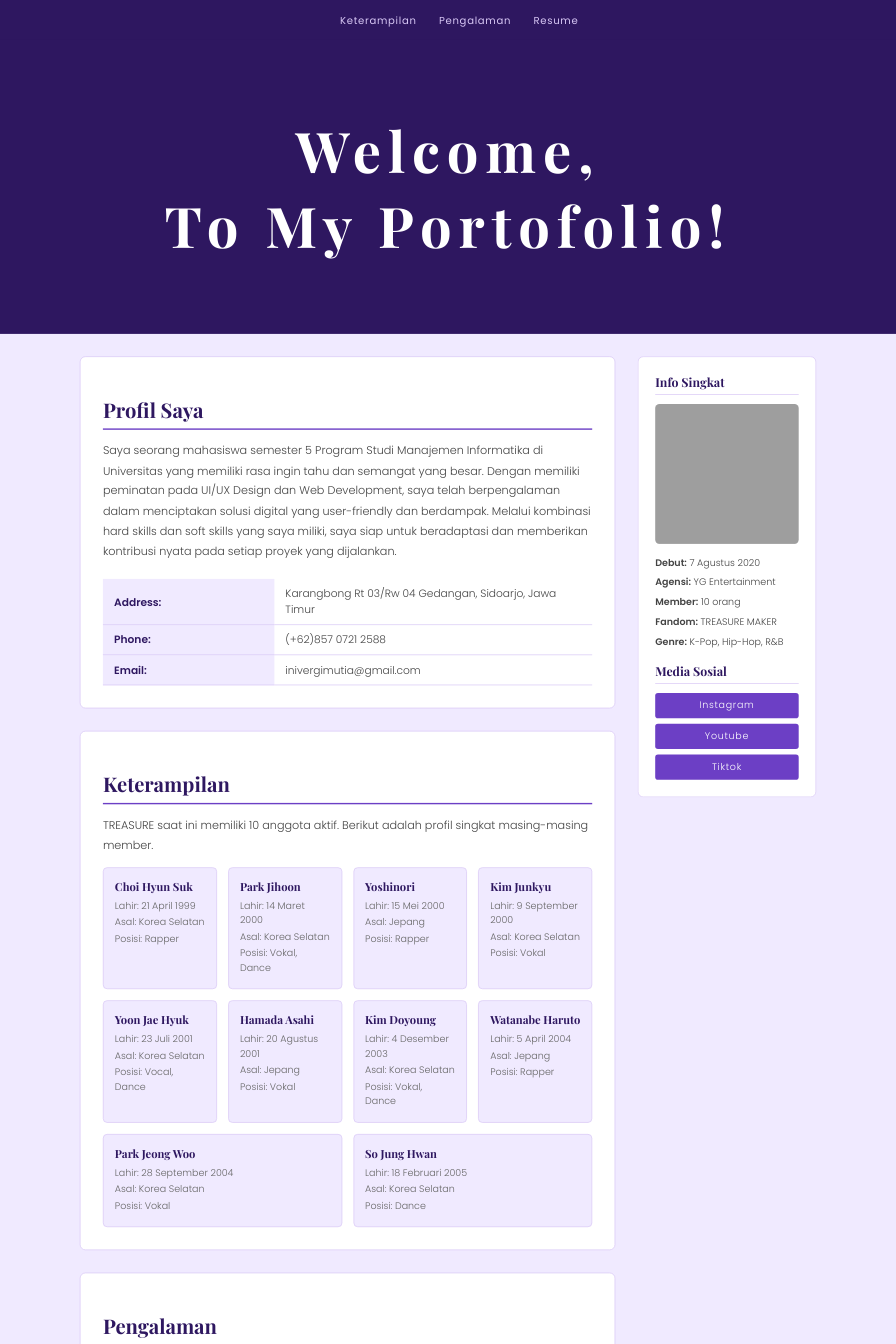
Repository: VergiMutiaRahmasyani/Website-Portofolio
Page: index.html
The author's editor kept a copy of each file at every save. The page is drawn from the files as they stood at one save, then again after a run of saves.
The browser window is 1280 px wide. The pictures show the part of the page from y = 0 to 1920 px (the page is 3023 px tall), at 70% of full size.
Pictures or frames that could not be fetched are drawn as grey boxes.

Above is the page before, as saved 2026-03-07 11:33:14.

### index.html
<!DOCTYPE html>
<html>
    <head>
        <meta charset="utf-8" />
        <meta name="viewport" content="width=device-width, initial-scale=1.0" />
        <title>Portofolio Vergi</title>

        <!-- My Own CSS -->
        <link rel="stylesheet" href="css/style.css" />

        <!-- Google Fonts -->
        <link rel="preconnect" href="https://fonts.googleapis.com">
        <link rel="preconnect" href="https://fonts.gstatic.com" crossorigin>
        <link href="https://fonts.googleapis.com/css2?family=Playfair+Display:wght@400;700&family=Poppins:wght@300;400;600&display=swap" rel="stylesheet">
    </head>

    <body>

        <!-- HEADER -->
        <header class="site-header">

            <!-- NAVBAR -->
            <div class="navbar">
                <nav class="nav-list">
                    <ul>
                        <li><a href="#Summary"><Summary></Summary></a></li>
                        <li><a href="#Ketrampilan">Keterampilan</a></li>
                        <li><a href="#pengalaman">Pengalaman</a></li>
                        <li><a href="https://drive.google.com/file/d/13-ep7ykiG-k7d2KfzBZSPx55XoqW1qHe/view?usp=sharing" target="_blank"> Resume</a></li>
                    </ul>
                </nav>
            </div>

            <div class="hero">
                <div class="hero-overlay">
                    <h1>Welcome, <br> To My Portofolio!</h1>
                </div>
            </div>

        </header>

        <!-- MAIN -->
        <main>
            <div class="content-wrapper">
                <div id="content">
                    <article id="profil">
                        <h2>Profil Saya</h2>
                        <p>
                            Saya seorang mahasiswa semester 5 Program Studi Manajemen Informatika di Universitas yang memiliki rasa
                            ingin tahu dan semangat yang besar. Dengan memiliki peminatan pada UI/UX Design dan Web Development,
                            saya telah berpengalaman dalam menciptakan solusi digital yang user-friendly dan berdampak. Melalui
                            kombinasi hard skills dan soft skills yang saya miliki, saya siap untuk beradaptasi dan memberikan kontribusi
                            nyata pada setiap proyek yang dijalankan.
                        </p>

                        <table class="info-table">
                            <tr>
                                <th>Address: </th>
                                <td>Karangbong Rt 03/Rw 04 Gedangan, Sidoarjo, Jawa Timur</td>
                            </tr>
                            <tr>
                                <th>Phone:</th>
                                <td>(+62)857 0721 2588</td>
                            </tr>
                            <tr>
                                <th>Email: </th>
                                <td>inivergimutia@gmail.com</td>
                            </tr>

                        </table>
                    </article>

                    <article id="Keterampilan">
                        <h2> Keterampilan </h2>
                        <p>
                            TREASURE saat ini memiliki 10 anggota aktif. Berikut adalah profil singkat masing-masing member.
                        </p>

                        <div class="member-list">
                            <div class="member-card">
                                <h3>Choi Hyun Suk</h3>
                                <p>Lahir: 21 April 1999</p>
                                <p>Asal: Korea Selatan</p>
                                <p>Posisi: Rapper</p>
                            </div>
                            <div class="member-card">
                                <h3>Park Jihoon</h3>
                                <p>Lahir: 14 Maret 2000</p>
                                <p>Asal: Korea Selatan</p>
                                <p>Posisi: Vokal, Dance</p>
                            </div>
                            <div class="member-card">
                                <h3>Yoshinori</h3>
                                <p>Lahir: 15 Mei 2000</p>
                                <p>Asal: Jepang</p>
                                <p>Posisi: Rapper</p>
                            </div>
                            <div class="member-card">
                                <h3>Kim Junkyu</h3>
                                <p>Lahir: 9 September 2000</p>
                                <p>Asal: Korea Selatan</p>
                                <p>Posisi: Vokal</p>
                            </div>
                            <div class="member-card">
                                <h3>Yoon Jae Hyuk</h3>
                                <p>Lahir: 23 Juli 2001</p>
                                <p>Asal: Korea Selatan</p>
                                <p>Posisi: Vocal, Dance</p>
                            </div>
                            <div class="member-card">
                                <h3>Hamada Asahi</h3>
                                <p>Lahir: 20 Agustus 2001</p>
                                <p>Asal: Jepang</p>
                                <p>Posisi: Vokal</p>
                            </div>
                            <div class="member-card">
                                <h3>Kim Doyoung</h3>
                                <p>Lahir: 4 Desember 2003</p>
                                <p>Asal: Korea Selatan</p>
                                <p>Posisi: Vokal, Dance</p>
                            </div>
                            <div class="member-card">
                                <h3>Watanabe Haruto</h3>
                                <p>Lahir: 5 April 2004</p>
                                <p>Asal: Jepang</p>
                                <p>Posisi: Rapper</p>
                            </div>
                            <div class="member-card">
                                <h3>Park Jeong Woo</h3>
                                <p>Lahir: 28 September 2004</p>
                                <p>Asal: Korea Selatan</p>
                                <p>Posisi: Vokal</p>
                            </div>
                            <div class="member-card">
                                <h3>So Jung Hwan</h3>
                                <p>Lahir: 18 Februari 2005</p>
                                <p>Asal: Korea Selatan</p>
                                <p>Posisi: Dance</p>
                            </div>
                        </div>
                    </article>

                    <article id="pengalaman">
                        <h2>Pengalaman</h2>
                        <p>
                            Sejak debut, TREASURE telah merilis berbagai album dan single yang sukses di tangga lagu Korea maupun internasional.
                        </p>

                        <h3> Pengalaman Organisasi</h3>
                        <ul class="pengalaman-list">
                            <li>
                                <strong>HIMAFORTIC Himpunan Mahasiswa Prodi Manajemen Informatika</strong> — Februari 2022
                                <br><em>Kepala Departemen Agama dan Sosial</em>
                                <br>Bertanggung jawab sebagai steering commitee di dalam program kerja dengan menjadi pengarah,
                                pengawas, dan penasihat  pada seluruh sie/peran.
                            </li>
                            <li>
                                <strong>THE SECOND STEP: CHAPTER TWO</strong> — September 2022
                                <br>Lagu Utama: <em>HELLO</em>
                            </li>
                            <li>
                                <strong>LOVE PULSE</strong> — September 2025
                                <br>Lagu Utama: <em>PARADISE</em>
                            </li>
                        </ul>

                        <h3>Album Penuh</h3>
                        <ul class="pengalaman-list">
                            <li>
                                <strong>The First Step: Treasure Effect</strong> — Desember 2020
                                <br>Lagu Utama: <em>MY TREASURE</em>
                            </li>
                            <li>
                                <strong>REBOOT</strong> — Juli 2023
                                <br>Lagu Utama: <em>BONA BONA</em>
                            </li>
                        </ul>

                        <h3>Single Pilihan</h3>
                        <ul class="pengalaman-list">
                            <li><em>MOVE</em> — 2023</li>
                            <li><em>LAST NIGHT</em> — 2024</li>
                            <li><em>KING KONG</em> — 2024</li>
                            <li><em>YELLOW</em> — 2025</li>
                        </ul>
                    </article>

                </div>

                <!-- ASIDE -->
                <aside>
                    <div class="aside-inner">
                        <h3>Info Singkat</h3>
                        <img src="https://assets.promediateknologi.id/crop/102x655:921x1098/750x0/webp/photo/2023/07/03/F0HwG4daEAE8TSh-2407782942.jpg" alt="Logo TREASURE" class="aside-img" />
                        <ul class="aside-info">
                            <li><strong>Debut:</strong> 7 Agustus 2020</li>
                            <li><strong>Agensi:</strong> YG Entertainment</li>
                            <li><strong>Member:</strong> 10 orang</li>
                            <li><strong>Fandom:</strong> TREASURE MAKER</li>
                            <li><strong>Genre:</strong> K-Pop, Hip-Hop, R&B</li>
                        </ul>

                        <h3>Media Sosial</h3>
                        <ul class="aside-social">
                            <li><a href="https://www.instagram.com/yg_treasure_official/" target="_blank">Instagram</a></li>
                            <li><a href="https://www.youtube.com/@TREASURE" target="_blank">Youtube</a></li>
                            <li><a href="https://tiktok.com/@yg_treasure_tiktok" target="_blank">Tiktok</a></li>
                        </ul>
                    </div>
                </aside>
            </div>

        </main>

        <!-- FOOTER -->
        <footer>
            <p>Website Profil TREASURE &copy;2026 </p>
        </footer>

    </body>
</html>

### css/style.css
*,
*::before,
*::after {
    box-sizing: border-box;
}

/* =====================
   PALET WARNA UNGU
   --ungu-gelap   : #2e1760  (navbar, footer)
   --ungu-utama   : #6c3fc5  (aksen utama)
   --ungu-sedang  : #9b6ee0  (hover, border)
   --ungu-muda    : #d8c8f5  (border ringan)
   --ungu-pucat   : #f0eaff  (background halaman)
   ===================== */

body {
    font-family: 'Poppins', sans-serif;
    font-weight: 300;
    background-color: #f0eaff;
    color: #1a1a1a;
    margin: 0;
}


/* =====================
   HEADER
   ===================== */

header.site-header {
    background-color: #2e1760;
    color: white;
}

/* NAVBAR */
header.site-header .navbar {
    padding: 1rem 2rem;
    position: fixed;
    top: 0;
    left: 0;
    right: 0;
    width: 100%;
    z-index: 999;
    background-color: #2e1760;
}

header.site-header .nav-list ul {
    list-style: none;
    padding: 0;
    margin: 0;

    display: flex;
    justify-content: center;
    gap: 2rem;
}

header.site-header .nav-list li a {
    text-decoration: none;
    color: #d8c8f5;
    font-size: 0.9rem;
    font-weight: 400;
    letter-spacing: 1px;
    transition: color 0.2s ease;
}

header.site-header .nav-list li a:hover {
    color: white;
}

/* HERO */
header.site-header .hero {
    position: relative;
    width: 100%;
    height: 420px;
    overflow: hidden;
    margin-top: 57px;
}

header.site-header .hero .hero-img {
    width: 100%;
    height: 100%;
    object-fit: cover;
    object-position: top;
    opacity: 0.4;
    display: block;
}

header.site-header .hero .hero-overlay {
    position: absolute;
    inset: 0;

    display: flex;
    align-items: center;
    justify-content: center;
}

header.site-header .hero .hero-overlay h1 {
    font-family: 'Playfair Display', serif;
    font-size: 5rem;
    letter-spacing: 10px;
    color: white;
    margin: 0;
    text-align: center;
}


/* =====================
   MAIN & LAYOUT
   ===================== */

main {
    max-width: 1100px;
    margin-inline: auto;
    padding: 2rem 1.5rem;
}

.content-wrapper {
    display: flex;
    gap: 2rem;
    align-items: flex-start;
}

#content {
    flex: 3;

    display: flex;
    flex-direction: column;
    gap: 2rem;
}


/* =====================
   ARTICLE
   ===================== */

article {
    background-color: white;
    border: 1px solid #d8c8f5;
    border-radius: 8px;
    padding: 2rem;
}

article h2 {
    font-family: 'Playfair Display', serif;
    font-size: 1.8rem;
    margin-bottom: 1rem;
    padding-bottom: 0.5rem;
    border-bottom: 2px solid #6c3fc5;
    color: #2e1760;
}

article h3 {
    font-family: 'Playfair Display', serif;
    font-size: 1.2rem;
    margin-top: 1.5rem;
    margin-bottom: 0.5rem;
    color: #6c3fc5;
}

article p {
    line-height: 1.8;
    margin-bottom: 1rem;
    color: #444;
}


/* =====================
   TABEL INFO
   ===================== */

.info-table {
    width: 100%;
    border-collapse: collapse;
    margin-top: 1.5rem;
}

.info-table th,
.info-table td {
    padding: 0.6rem 1rem;
    text-align: left;
    border-bottom: 1px solid #d8c8f5;
    font-size: 0.95rem;
}

.info-table th {
    width: 35%;
    font-weight: 600;
    color: #2e1760;
    background-color: #f0eaff;
}

.info-table td {
    color: #444;
}


/* =====================
   MEMBER CARDS
   ===================== */

.member-list {
    display: flex;
    flex-wrap: wrap;
    gap: 1rem;
    margin-top: 1rem;
}

.member-card {
    flex: 1 1 160px;
    background-color: #f0eaff;
    border: 1px solid #d8c8f5;
    border-radius: 6px;
    padding: 1rem;
}

.member-card h3 {
    font-size: 1rem;
    margin-top: 0;
    margin-bottom: 0.5rem;
    color: #2e1760;
}

.member-card p {
    font-size: 0.85rem;
    color: #666;
    margin: 0.2rem 0;
    line-height: 1.5;
}


/* =====================
   ALBUM LIST
   ===================== */

.pengalaman-list {
    list-style: none;
    padding: 0;
    margin: 0.5rem 0 1rem 0;

    display: flex;
    flex-direction: column;
    gap: 0.6rem;
}

.pengalaman-list li {
    padding: 0.7rem 1rem;
    background-color: #f0eaff;
    border-left: 3px solid #6c3fc5;
    border-radius: 0 4px 4px 0;
    font-size: 0.9rem;
    color: #444;
    line-height: 1.6;
}


/* =====================
   ASIDE
   ===================== */

aside {
    flex: 1;
    position: sticky;
    top: 80px;
}

aside .aside-inner {
    background-color: white;
    border: 1px solid #d8c8f5;
    border-radius: 8px;
    padding: 1.5rem;
}

aside h3 {
    font-family: 'Playfair Display', serif;
    font-size: 1.1rem;
    margin-top: 1.2rem;
    margin-bottom: 0.8rem;
    padding-bottom: 0.4rem;
    border-bottom: 1px solid #d8c8f5;
    color: #2e1760;
}

aside h3:first-child {
    margin-top: 0;
}

.aside-img {
    width: 100%;
    max-width: 250px;
    height: 200px;
    object-fit: cover;
    object-position: top;
    display: block;
    margin: 0.5rem auto 1rem auto;
    border-radius: 6px;
}

.aside-info {
    list-style: none;
    padding: 0;
    margin: 0;

    display: flex;
    flex-direction: column;
    gap: 0.4rem;
}

.aside-info li {
    font-size: 0.85rem;
    color: #444;
    line-height: 1.6;
}

.aside-social {
    list-style: none;
    padding: 0;
    margin: 0;

    display: flex;
    flex-direction: column;
    gap: 0.5rem;
}

.aside-social li a {
    display: block;
    text-align: center;
    padding: 0.5rem;
    background-color: #6c3fc5;
    color: white;
    text-decoration: none;
    border-radius: 4px;
    font-size: 0.85rem;
    letter-spacing: 1px;
    transition: background-color 0.2s ease;
}

.aside-social li a:hover {
    background-color: #9b6ee0;
}


/* =====================
   FOOTER
   ===================== */

footer {
    background-color: #2e1760;
    color: #d8c8f5;
    text-align: center;
    padding: 1.5rem;
    margin-top: 3rem;
    font-size: 0.85rem;
    letter-spacing: 1px;
}


/* =====================
   RESPONSIVE
   ===================== */

@media screen and (max-width: 768px) {
    header.site-header .nav-list ul {
        flex-wrap: wrap;
        justify-content: center;
        gap: 0.8rem;
    }

    .content-wrapper {
        flex-direction: column;
    }

    aside {
        position: static;
        width: 100%;
    }

    .member-card {
        flex: 1 1 130px;
    }
}

After the next 2 saves:
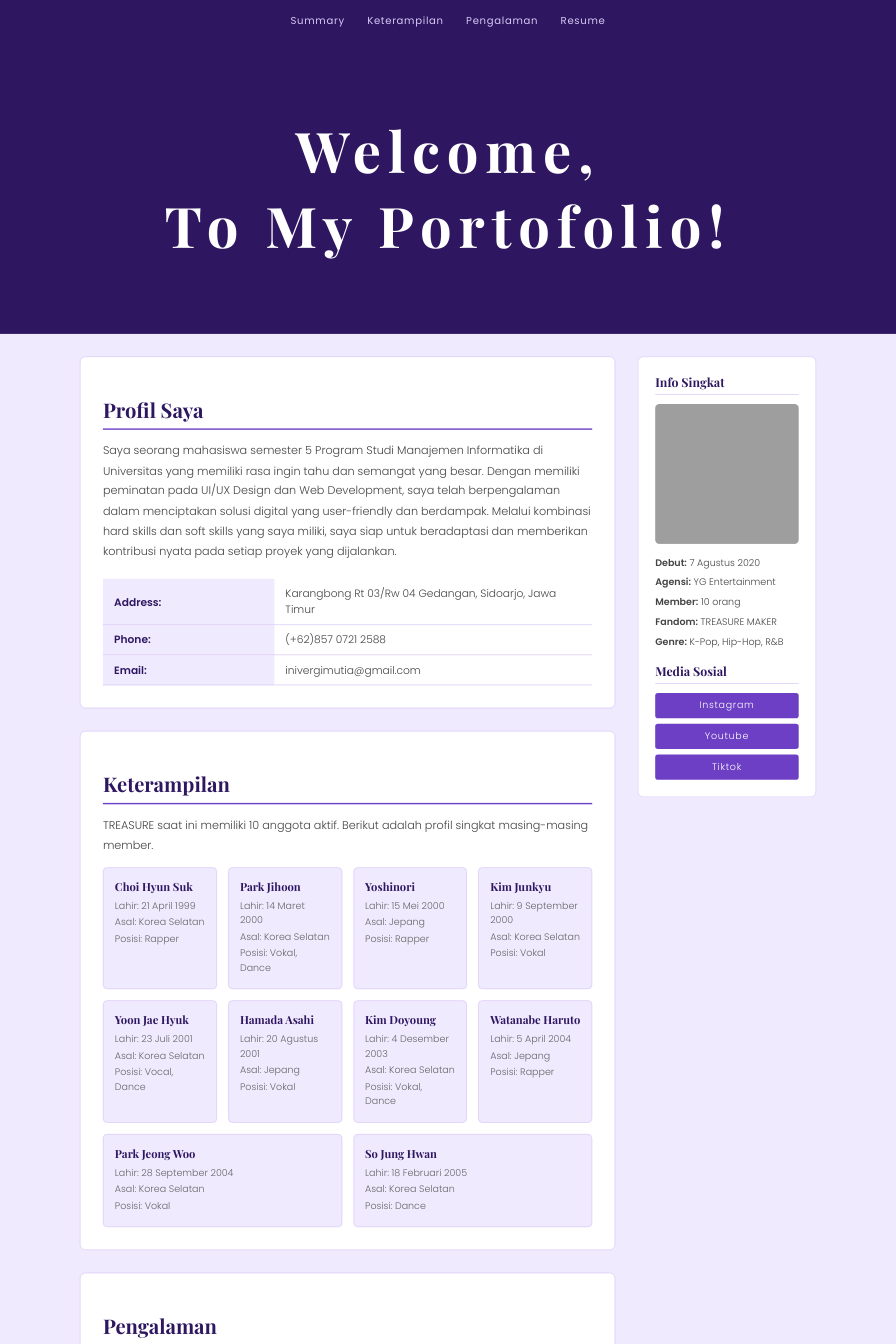
The 2 saves are shown as one change because they came seconds apart.
The last was saved 8 s later.
--- a/index.html
+++ b/index.html
@@ -23,7 +23,7 @@
             <div class="navbar">
                 <nav class="nav-list">
                     <ul>
-                        <li><a href="#Summary"><Summary></Summary></a></li>
+                        <li><a href="#Summary">Summary</a></li>
                         <li><a href="#Ketrampilan">Keterampilan</a></li>
                         <li><a href="#pengalaman">Pengalaman</a></li>
                         <li><a href="https://drive.google.com/file/d/13-ep7ykiG-k7d2KfzBZSPx55XoqW1qHe/view?usp=sharing" target="_blank"> Resume</a></li>
